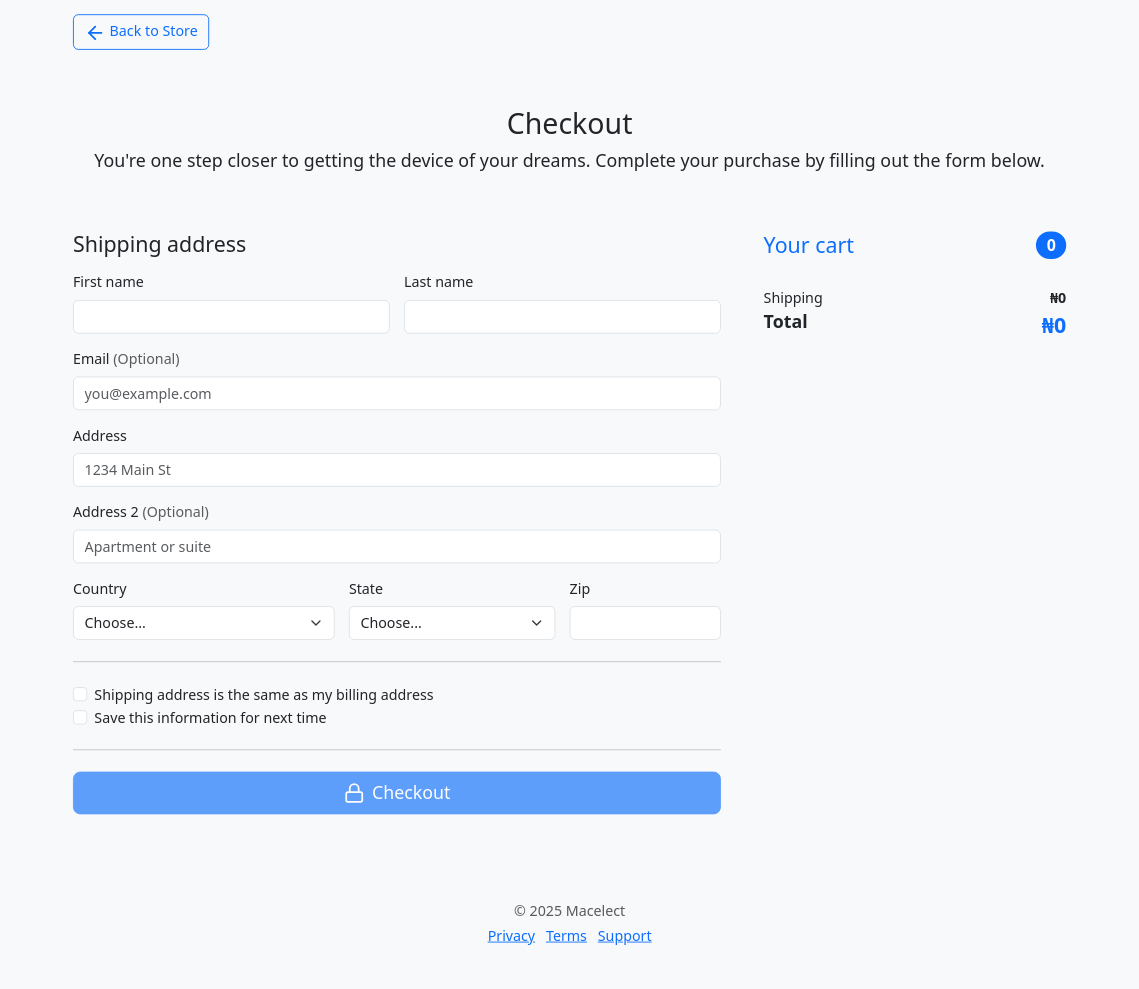
Repository: Davidobi21/macelect
Page: frontend/pages/checkout.html
The author's editor kept a copy of each file at every save. The page is drawn from the files as they stood at one save, then again after the next save.
The browser window is 1280 px wide. The pictures show the whole page, at 89% of full size.

Above is the page before, as saved 2025-04-30 07:35:24.

After the next save:
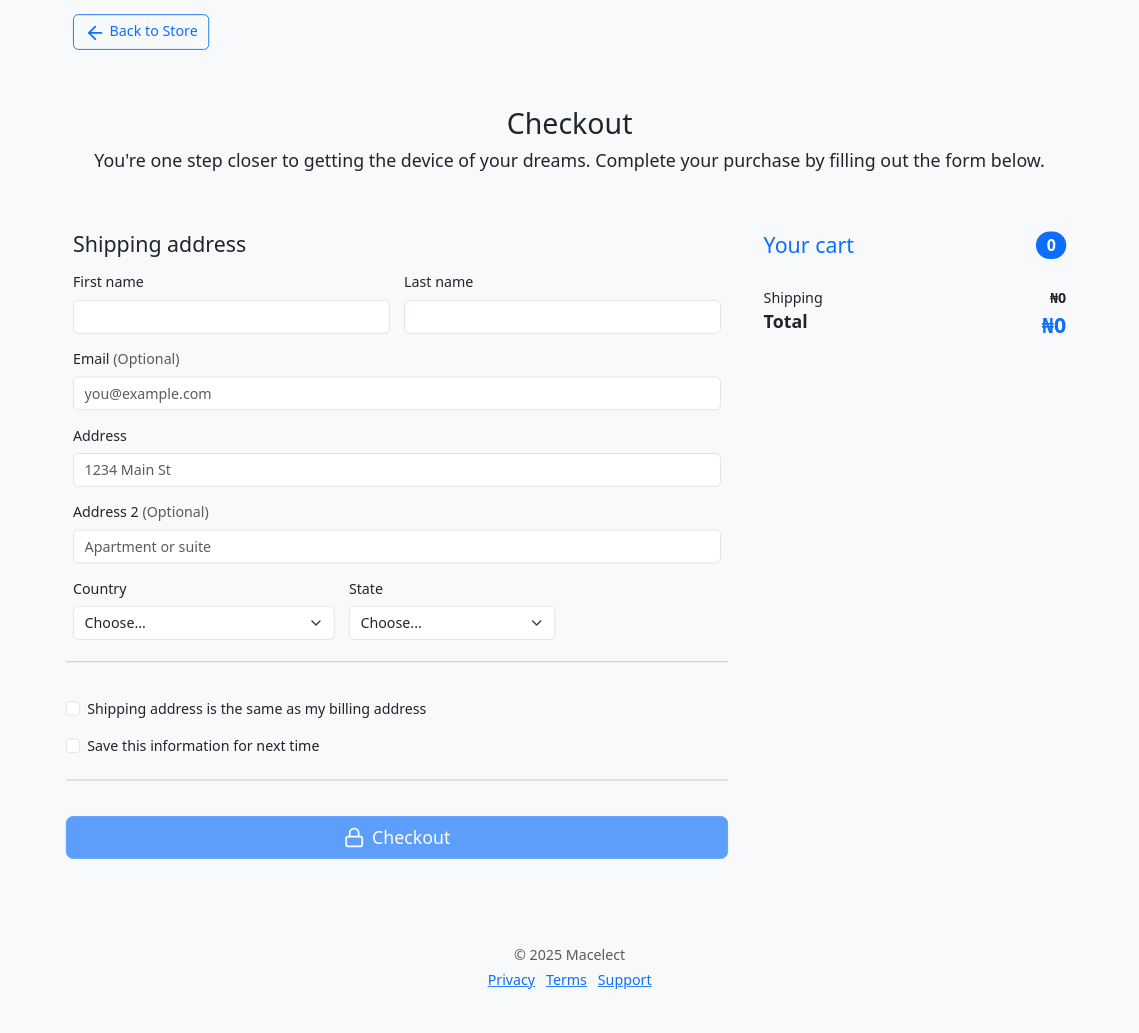
Saved 2 min 56 s later.
--- a/frontend/pages/checkout.html
+++ b/frontend/pages/checkout.html
@@ -91,12 +91,6 @@
                 </select>
               </div>
 
-              <div class="col-md-3">
-                <label for="zip" class="form-label">Zip</label>
-                <input type="text" class="form-control" id="zip" placeholder="" required>
-              </div>
-            </div>
-
             <hr class="my-4">
 
             <div class="form-check">
